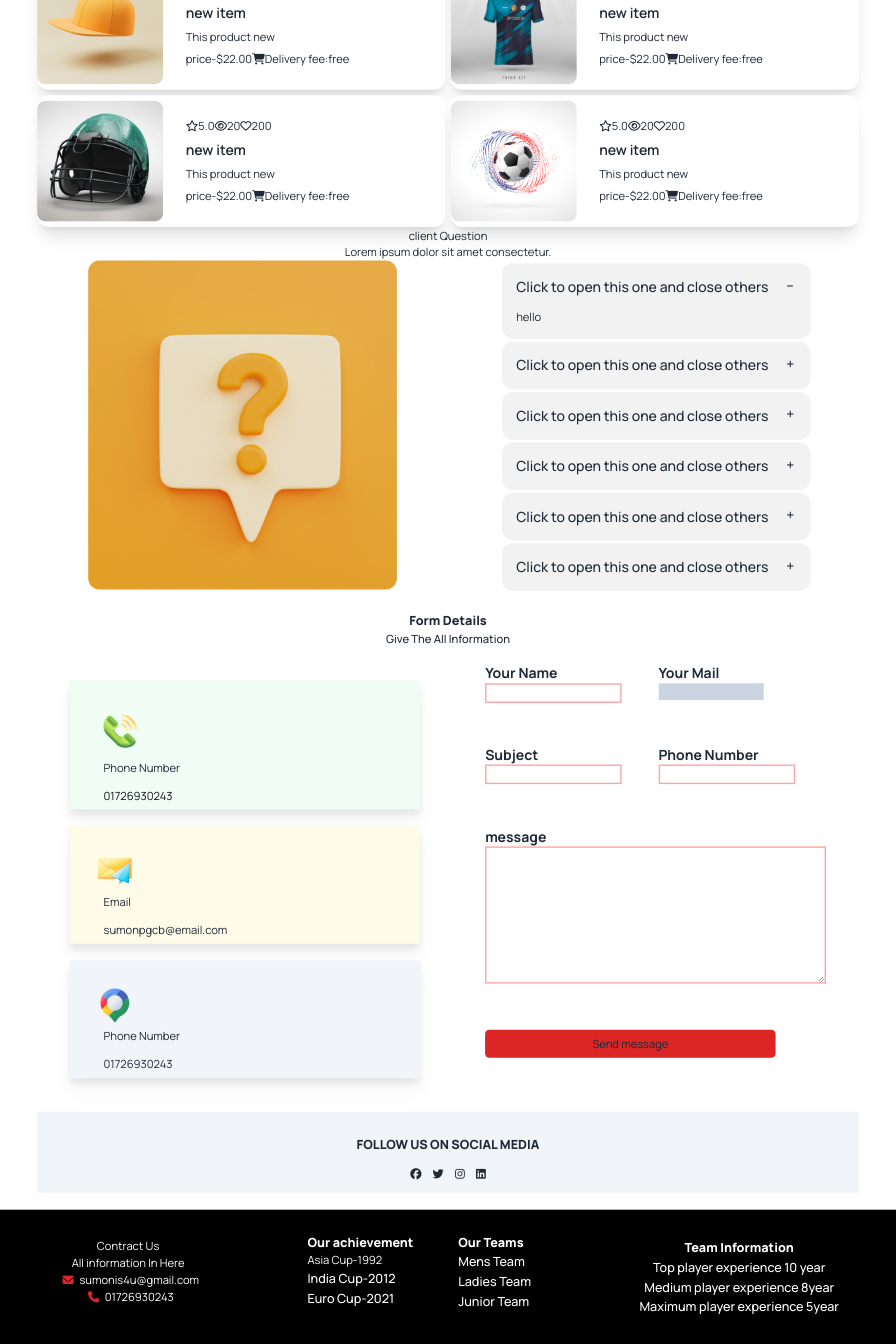
Repository: sumonkumarsarkar/bd-hockeys-team
Page: index.html
An editor plug-in stored every save of this project. The page is shown before and after the next save, followed by the edit.
The browser window is 1280 px wide. The pictures show the part of the page from y = 2213 to 4133 px (the page is 4133 px tall), at 70% of full size.
Some web libraries are served in a nearby version.

Above is the page before, as saved 2024-01-24 17:32:17.

After the next save:
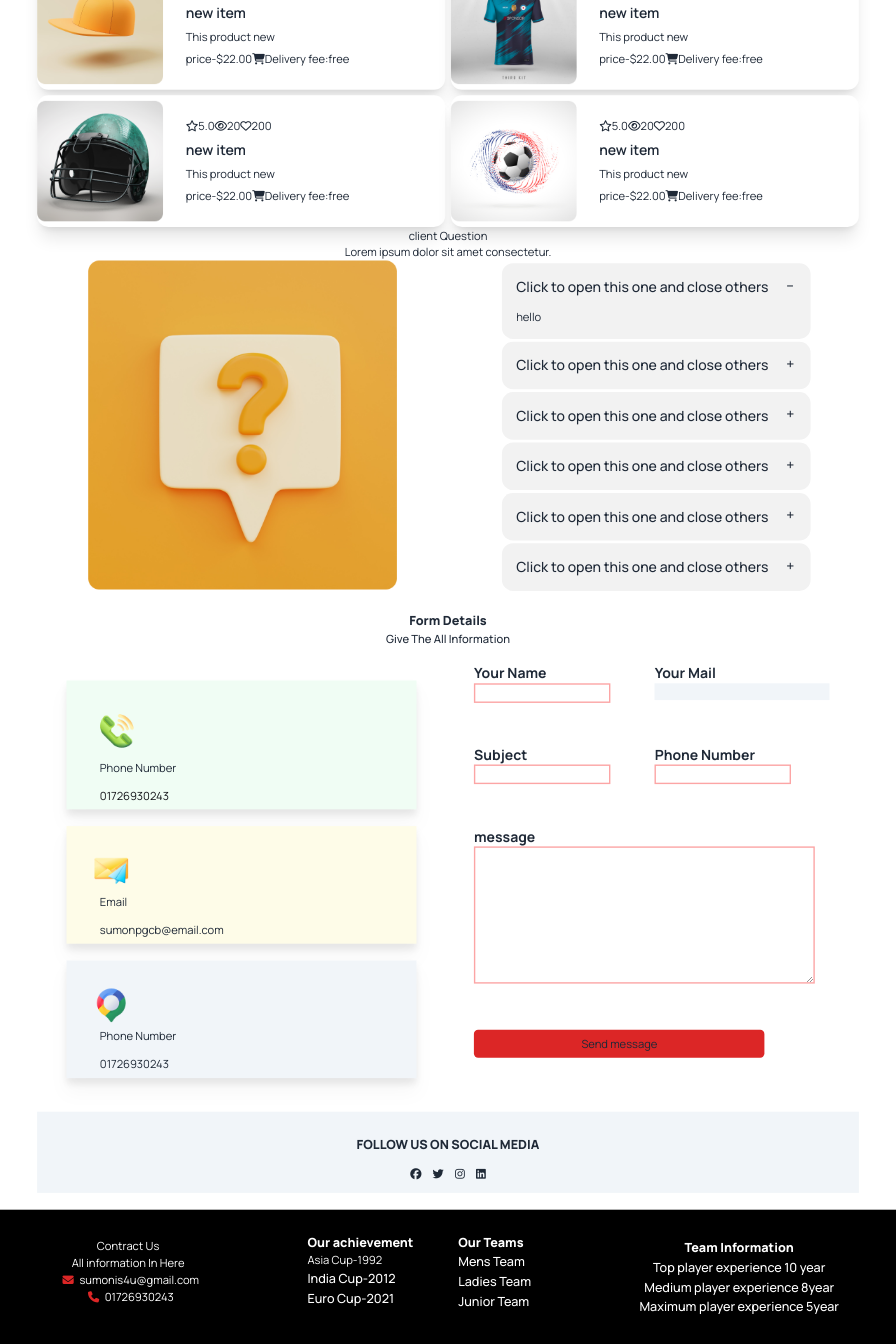
Saved 20 s later.
--- a/index.html
+++ b/index.html
@@ -534,7 +534,7 @@
 <div class="col-span-1">
     <form>
         <label for="Name" class="font-bold text-xl">Your Mail</label><br>
-        <input class="w-[150px] bg-slate-300" type="text" name="Name" id="" pattern="type mail">
+        <input class="w-[250px] bg-slate-100" type="text" name="Name" id="" pattern="type mail">
     </form>
 </div>
 <!-- for subject  -->
